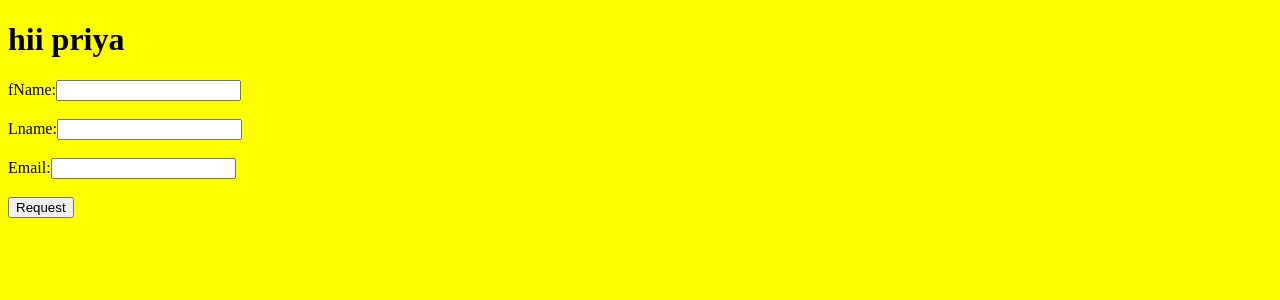
Repository: priyaadya/spring-practice-codes
Page: http://localhost/servletpractice/
The author's editor kept a copy of each file at every save. The page is drawn from the files as they stood at one save, then again after the next save.
The browser window is 1280 px wide. The pictures show the whole page.
The page is served by Tomcat 9.

Above is the page before, as saved 2023-05-28 14:24:45.

After the next save:
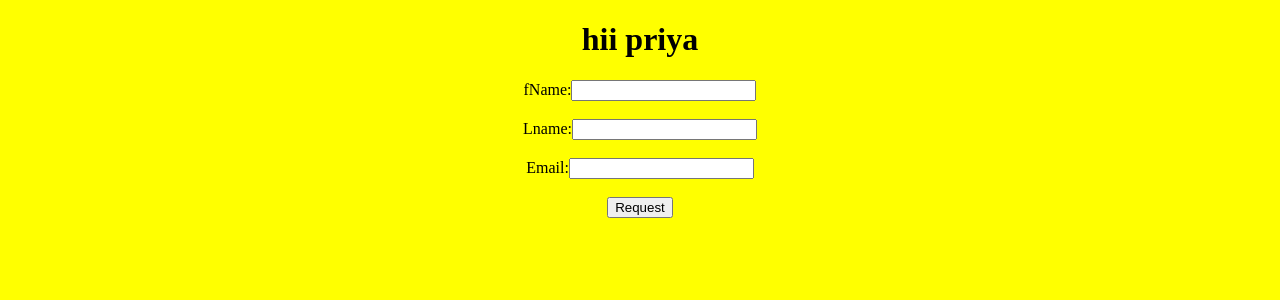
Saved 117 min 6 s later.
--- a/servletpractice/src/main/webapp/index.jsp
+++ b/servletpractice/src/main/webapp/index.jsp
@@ -6,7 +6,7 @@
 <meta charset="ISO-8859-1">
 <title>Insert title here</title>
 </head>
-<body bgcolor="yellow">
+<body bgcolor="yellow" text align="center">
 <h1>hii priya</h1>
 <form action="fs" method="post">
 fName:<input type="text" name="fnm"><br><br>
